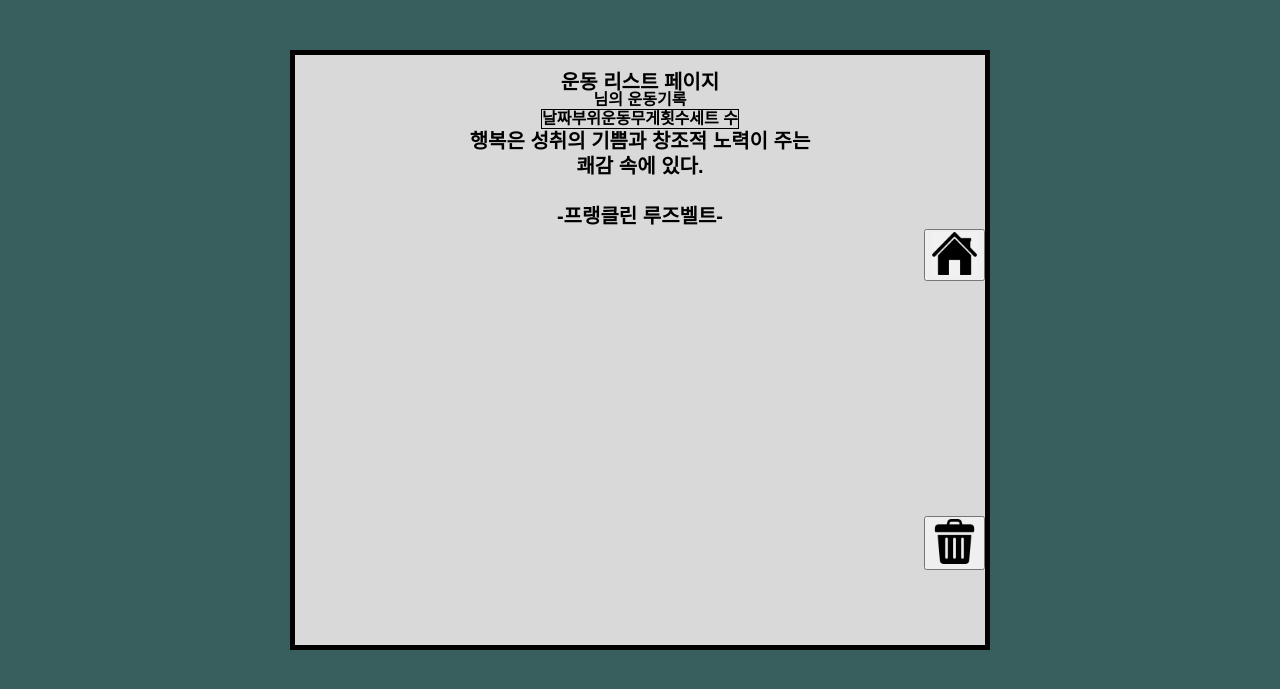
Repository: Up-Min/hrdkorea
Page: http://localhost/jsp_workout/wk_list.jsp
These files come from the project's save history. The page is drawn as it stood at one moment and after the next save; the edit follows.
The browser window is 1280 px wide. The pictures show the whole page.
The page is served by Tomcat 9. Other server files are loaded and not shown. The template is opened directly, without the code that normally fills it, so the values that code supplies are empty.

Above is the page before, as saved 2022-12-31 06:46:43.

### jsp_workout/src/main/webapp/wk_list.jsp
<%@ page language="java" contentType="text/html; charset=UTF-8"
	pageEncoding="UTF-8"%>
<%@ taglib prefix="c" uri="http://java.sun.com/jsp/jstl/core"%>
<%@ page import="java.util.*"%>
<%@ page import="DTO.*"%>


<!DOCTYPE html>
<html style = "background-color: #385E5D;">
<head>
<meta charset="UTF-8">
<title>Insert title here</title>
<link rel="stylesheet" href="./css/style.css" />
</head>
<style>
.body{
	width: 700px;
	height: 600px;
	margin: 0 auto;
	background-color: #D9D9D9;
	color: black;
	text-align: center;
	border : 5px solid black;
	position: relative;
}

.name{
	font-size: 20px;
}

table {
	border: 1px solid black;
	text-align: center;
	margin: 0 auto;
	padding : 3px;
}

table td{
	padding : 10px;
}

.change:hover{
	cursor: pointer;
}

.good{
	font-size: 20px;
	line-height: 25px;
}

.delete{
	position: absolute;
	right : 0;
	bottom: 75px;
}

.home{
	position: absolute;
	right : 0;

}

</style>


<body style = "background-color: #385E5D; margin-top : 50px;" >
<div class="body">
	<form action="delete" method="post">
		<input type="hidden" name="work_num" value="${work_num}">
		<input type="hidden" name="user_id" value="${user_id}">
		<input type="hidden" name="user_pwd" value="${user_pwd}">
		<br>
		<p class = "name">운동 리스트 페이지</p>
		<p>${user_id}님의 운동기록</p>

		<table>
			<tr>
				<th>날짜</th>
				<th>부위</th>
				<th>운동</th>
				<th>무게</th>
				<th>횟수</th>
				<th>세트 수</th>
			</tr>
			<c:forEach items="${list}" var="w" varStatus="status">
				<!-- jstl쓰면 굳이 request쓸 필요 없다. (Board board : boardList) -->
				<tr>
					<td>${w.wk_date}</td>
					<td>${w.wk_part}</td>
					<td>${w.ex_name}</td>
					<td>${w.ex_weight}kg</td>
					<td>${w.ex_reps}회</td>
					<td>${w.ex_sets}세트</td>
					<td style="color : #385C92" class="change"
						onclick="location.href = 'edit?user_id=${user_id}&user_pwd=${user_pwd}&user_num=${user_num}&wk_no=${w.wk_number}&ex_num=${w.ex_number}'">
					운동수정</td>
				</tr>

			</c:forEach>
		</table>

		<p class = "good">
			행복은 성취의 기쁨과 창조적 노력이 주는 <br> 쾌감 속에 있다. <br><br>
			<b> -프랭클린 루즈벨트- </b>
		</p>


		<button class = "delete" type="submit"> <img alt="삭제" src="./img/trash-can.png" width="45px"></button>
	</form>
		<button class = "home" onclick="location.href = 'signin?user_id=${user_id}&user_pwd=${user_pwd}'"> <img alt="home" src="./img/home.png" width="45px"> </button>
</div>

	<script type="text/javascript" src="./script.js"></script>
</body>


<%-- 	<table>
		<c:forEach items="${wklist0}" var="w" varStatus="status">
			<input type=hidden value="${w.wk_number}">
			<!-- jstl쓰면 굳이 request쓸 필요 없다. (Board board : boardList) -->
			<tr onclick = "location.href = 'wk_list.jsp?user_num=${num}&list_no=${w.wk_number}'">
				<td>${w.wk_date}</td>
				<td>${w.wk_number}</td>
				<td>${w.ex_number}</td>
				<td>${w.wk_part}</td>
				<td>${w.ex_name}</td>
				<td>${w.ex_weight}</td>
				<td>${w.ex_reps}</td>
				<td>${w.ex_sets}</td>
			</tr>
		</c:forEach>
	</table>

	<hr>
	<table>
		<c:forEach items="${wklist1}" var="w" varStatus="status">
			<input type=hidden value="${w.wk_number}">
			<!-- jstl쓰면 굳이 request쓸 필요 없다. (Board board : boardList) -->
			<tr>
				<td>${w.wk_date}</td>
				<td>${w.wk_number}</td>
				<td>${w.ex_number}</td>
				<td>${w.wk_part}</td>
				<td>${w.ex_name}</td>
				<td>${w.ex_weight}</td>
				<td>${w.ex_reps}</td>
				<td>${w.ex_sets}</td>
			</tr>
		</c:forEach>
	</table>
	<hr>
	<table>
		<c:forEach items="${wklist2}" var="w" varStatus="status">
			<input type=hidden value="${w.wk_number}">
			<!-- jstl쓰면 굳이 request쓸 필요 없다. (Board board : boardList) -->
			<tr>
				<td>${w.wk_date}</td>
				<td>${w.wk_number}</td>
				<td>${w.ex_number}</td>
				<td>${w.wk_part}</td>
				<td>${w.ex_name}</td>
				<td>${w.ex_weight}</td>
				<td>${w.ex_reps}</td>
				<td>${w.ex_sets}</td>
			</tr>
		</c:forEach>
	</table>
	<hr>
	<table>
		<c:forEach items="${wklist3}" var="w" varStatus="status">
			<input type=hidden value="${w.wk_number}">
			<!-- jstl쓰면 굳이 request쓸 필요 없다. (Board board : boardList) -->
			<tr>
				<td>${w.wk_date}</td>
				<td>${w.wk_number}</td>
				<td>${w.ex_number}</td>
				<td>${w.wk_part}</td>
				<td>${w.ex_name}</td>
				<td>${w.ex_weight}</td>
				<td>${w.ex_reps}</td>
				<td>${w.ex_sets}</td>
			</tr>
		</c:forEach>
	</table>
	<hr>
	<table>
		<c:forEach items="${wklist4}" var="w" varStatus="status">
			<input type=hidden value="${w.wk_number}">
			<!-- jstl쓰면 굳이 request쓸 필요 없다. (Board board : boardList) -->
			<tr>
				<td>${w.wk_date}</td>
				<td>${w.wk_number}</td>
				<td>${w.ex_number}</td>
				<td>${w.wk_part}</td>
				<td>${w.ex_name}</td>
				<td>${w.ex_weight}</td>
				<td>${w.ex_reps}</td>
				<td>${w.ex_sets}</td>
			</tr>
		</c:forEach>
	</table>
	<hr>
	<table>
		<c:forEach items="${wklist5}" var="w" varStatus="status">
			<input type=hidden value="${w.wk_number}">
			<!-- jstl쓰면 굳이 request쓸 필요 없다. (Board board : boardList) -->
			<tr>
				<td>${w.wk_date}</td>
				<td>${w.wk_number}</td>
				<td>${w.ex_number}</td>
				<td>${w.wk_part}</td>
				<td>${w.ex_name}</td>
				<td>${w.ex_weight}</td>
				<td>${w.ex_reps}</td>
				<td>${w.ex_sets}</td>
			</tr>
		</c:forEach>
	</table> --%>

</html>

### jsp_workout/src/main/webapp/css/style.css
@charset "UTF-8";
@import url('./reset.css');

* { box-sizing: border-box; }
.video-background {
  background: #000;
  position: fixed;
  top: 0; right: 0; bottom: 0; left: 0;
  z-index: -99;
}
.video-foreground,
.video-background iframe {
  position: absolute;
  top: 0;
  left: 0;
  width: 100%;
  height: 100%;
  pointer-events: none;
}
#vidtop-content {
    top: 0;
    color: #fff;
}
.vid-info { position: absolute; top: 0; right: 0; width: 33%; background: rgba(0,0,0,0.3); color: #fff; padding: 1rem; font-family: Avenir, Helvetica, sans-serif; }
.vid-info h1 { font-size: 2rem; font-weight: 700; margin-top: 0; line-height: 1.2; }
.vid-info a { display: block; color: #fff; text-decoration: none; background: rgba(0,0,0,0.5); transition: .6s background; border-bottom: none; margin: 1rem auto; text-align: center; }
@media all and (max-width: 600px) {
.vid-info { width: 50%; padding: .5rem; }
.vid-info h1 { margin-bottom: .2rem; }
}
@media all and (max-width: 500px) {
.vid-info .acronym { display: none; }
}

*,:after,:before{box-sizing:border-box}
.clearfix:after,.clearfix:before{content:'';display:table}
.clearfix:after{clear:both;display:block}
a{color:inherit;text-decoration:none}

.tab:hover{
	cursor: pointer;
}

.login-wrap{
  width:100%;
  margin:auto;
  max-width:525px;
  min-height:950px;
  position:relative;
  box-shadow:0 12px 15px 0 rgba(0,0,0,.24),0 17px 50px 0 rgba(0,0,0,.19);
}
.login-html{
  width:100%;
  height:100%;
  position:absolute;
  padding:90px 70px 50px 70px;
  background:rgba(40,57,101,.9);
}
.login-html .sign-in-htm,
.login-html .sign-up-htm{
  top:0;
  left:0;
  right:0;
  bottom:0;
  position:absolute;
  transform:rotateY(180deg);
  backface-visibility:hidden;
  transition:all .4s linear;
}
.login-html .sign-in,
.login-html .sign-up,
.login-form .group .check{
  display:none;
}
.login-html .tab,
.login-form .group .label,
.login-form .group .button{
  text-transform:uppercase;
}
.login-html .tab{
  font-size:22px;
  margin-right:15px;
  padding-bottom:5px;
  margin:0 15px 10px 0;
  display:inline-block;
  border-bottom:2px solid transparent;
}
.login-html .sign-in:checked + .tab,
.login-html .sign-up:checked + .tab{
  color:#fff;
  border-color:#1161ee;
}
.login-form{
  min-height:345px;
  position:relative;
  perspective:1000px;
  transform-style:preserve-3d;
}
.login-form .group{
  margin-bottom:15px;
}
.login-form .group .label,
.login-form .group .input,
.login-form .group .button{
  width:100%;
  color:#fff;
  display:block;
}
.login-form .group .input,
.login-form .group .button{
  border:none;
  padding:15px 20px;
  border-radius:25px;
  background:rgba(255,255,255,.1);
}
.login-form .group .button:hover{
	cursor: pointer;
}

.login-form .group input[data-type="password"]{
  text-security:circle;
  -webkit-text-security:circle;
}
.login-form .group .label{
  color:#aaa;
  font-size:12px;
}
.login-form .group .button{
  background:#1161ee;
}
.login-form .group label .icon{
  width:15px;
  height:15px;
  border-radius:2px;
  position:relative;
  display:inline-block;
  background:rgba(255,255,255,.1);
}
.login-form .group label .icon:before,
.login-form .group label .icon:after{
  content:'';
  width:10px;
  height:2px;
  background:#fff;
  position:absolute;
  transition:all .2s ease-in-out 0s;
}
.login-form .group label .icon:before{
  left:3px;
  width:5px;
  bottom:6px;
  transform:scale(0) rotate(0);
}
.login-form .group label .icon:after{
  top:6px;
  right:0;
  transform:scale(0) rotate(0);
}
.login-form .group .check:checked + label{
  color:#fff;
}
.login-form .group .check:checked + label .icon{
  background:#1161ee;
}
.login-form .group .check:checked + label .icon:before{
  transform:scale(1) rotate(45deg);
}
.login-form .group .check:checked + label .icon:after{
  transform:scale(1) rotate(-45deg);
}
.login-html .sign-in:checked + .tab + .sign-up + .tab + .login-form .sign-in-htm{
  transform:rotate(0);
}
.login-html .sign-up:checked + .tab + .login-form .sign-up-htm{
  transform:rotate(0);
}

body{
  margin:0;
  color:#6a6f8c;
  background:#c8c8c8;
  font:600 16px/18px 'Open Sans',sans-serif;
}

.all{
	top : 100px;
	width: 800px;

}

ul{
	list-style: none;
}

tr:hover{
	cursor: pointer;
}

.hr{
  height:2px;
  margin:60px 0 50px 0;
  background:rgba(255,255,255,.2);
}
.foot-lnk{
  text-align:center;
}

### jsp_workout/src/main/webapp/script.js

function signup() {
	let regex = new RegExp('[a-z0-9]+@[a-z]+\.[a-z]{2,3}');
	var f = document.signup_form;
	var p = f.user_pwd.value;
	var p1 = f.user_pwd1.value;
	var i = f.user_id.value;
	var e = f.user_email.value;

	if (i == '') {
		alert("아이디를 입력해 주십시오.");
		i.focus();
		return false;
	}
	if (p == '') {
		alert("비밀번호를 입력해 주십시오.");
		p.focus();
		return false;
	}
	if (p1 == '') {
		alert("비밀번호 확인을 입력해 주십시오.");
		p1.focus();
		return false;
	}
	if (e == '') {
		alert("이메일 주소를 입력해 주십시오.");
		e.focus();
		return false;
	}

	if (p != p1) {
		alert("비밀번호가 일치하지 않습니다. 다시 확인해주세요.");
		p.focus();
		return false;
	} else if (regex.test(e) == false) {
		alert("올바른 이메일 형식이 아닙니다. 다시 확인해주세요.");
		e.focus();
		return false;
	} else {
		alert("회원가입이 완료 되었습니다.");
		f.submit();
	}
}

/*function pwdchk(){
	var f = document.signup_form;
	var p = f.user_pwd.value;
	var p1 = f.user_pwd1.value;



	if(p != p1){
		alert("비밀번호가 일치하지 않습니다. 다시 확인해주세요.")
	}else if(p = p1){
		alert("비밀번호가 일치합니다!")
	}
}*/

function chkpwd2() {
	var f = document.signup_form;
	var p = f.user_pwd.value;
	var p1 = f.user_pwd1.value;
	var r1 = document.getElementById("label_pwd1");
	var r2 = document.getElementById("label_pwd2");

	r1.style.display = 'none';
	r2.style.display = 'none';

	if (p != p1) {
		r1.style.display = 'none';
		r2.style.display = 'block';
	} else if (p == p1) {
		r1.style.display = 'block';
		r2.style.display = 'none';
	}
}

function chkEmail() {
	let regex = new RegExp('[a-z0-9]+@[a-z]+\.[a-z]{2,3}');
	var f = document.signup_form;
	var e = f.user_email.value;
	var e2 = document.getElementById("label_email");
	var e3 = document.getElementById("label_email1");

	e2.style.display = 'none';
	e3.style.display = 'none';

	if (regex.test(e) == false) {
		e2.style.display = 'block';
	}else if (regex.test(e) == true){
		e2.style.display = 'none';
		e3.style.display = 'block';
	}
}


function insert() {
	alert("운동 기록이 완료 되었습니다.");
	submit();
}

function chk_delete() {
	const result = confirm("정말 삭제하시겠습니까?");
	if (result) {
		alert("삭제가 완료 되었습니다.");
		submit();
	}
	return false;
}

function chk_cancel(user_id, user_pwd) {
	var result = confirm("하시던 운동을 취소하시겠습니까?");
	if (result) {
		alert("초기 화면으로 돌아갑니다.");
		location.href = "/jsp_workout/signin?user_id=" + user_id + "&user_pwd=" + user_pwd;
	} else {
		return false;
	}
}

function update() {
	var f = document.editForm;
	var n = f.ex_name.value;
	var w = f.ex_weight.value;
	var r = f.ex_reps.value;
	var s = f.ex_sets.value;

	if (n == '') {
		alert("수정할 운동 이름을 입력해 주십시오.");
		n.focus();
		return false;
	}
	if (w == '') {
		alert("수정할 운동 무게를 입력해 주십시오.");
		w.focus();
		return false;
	}
	if (r == '') {
		alert("수정할 운동 횟수를 입력해 주십시오.");
		r.focus();
		return false;
	}
	if (s == '') {
		alert("수정할 운동 세트를 입력해 주십시오.");
		s.focus();
		return false;
	}

	alert("수정이 완료 되었습니다.");
	submit();
}


function logout() {
	alert("로그아웃이 완료 되었습니다!");
	location.href = "/jsp_workout/";
}

### jsp_workout/src/main/webapp/css/reset.css
/* 홈페이지 초기화 reset.css */

/* http://meyerweb.com/eric/tools/css/reset/
   v2.0 | 20110126
   License: none (public domain)
*/

html, body, div, span, applet, object, iframe,
h1, h2, h3, h4, h5, h6, p, blockquote, pre,
a, abbr, acronym, address, big, cite, code,
del, dfn, em, img, ins, kbd, q, s, samp,
small, strike, strong, sub, sup, tt, var,
b, u, i, center,
dl, dt, dd, ol, ul, li,
fieldset, form, label, legend,
table, caption, tbody, tfoot, thead, tr, th, td,
article, aside, canvas, details, embed,
figure, figcaption, footer, header, hgroup,
menu, nav, output, ruby, section, summary,
time, mark, audio, video {
	margin: 0;
	padding: 0;
	border: 0;
	font-size: 100%;
	font: inherit;
	vertical-align: baseline;
	font-family: 'Jua', sans-serif;
}
/* HTML5 display-role reset for older browsers */
article, aside, details, figcaption, figure,
footer, header, hgroup, menu, nav, section {
	display: block;
}
body {
	line-height: 1;
}
ol, ul {
	list-style: none;
}
blockquote, q {
	quotes: none;
}
blockquote:before, blockquote:after,
q:before, q:after {
	content: '';
	content: none;
}
table {
	border-collapse: collapse;
	border-spacing: 0;
}

/* 추가 */

a { text-decoration: none !important;
	color: black;
}

header, footer, section {
	box-sizing:border-box;
}

iframe { /* 영상때문에 쓰임. 영상 크기 맞춰둠. */
	width: 100%;
}

After the next save:
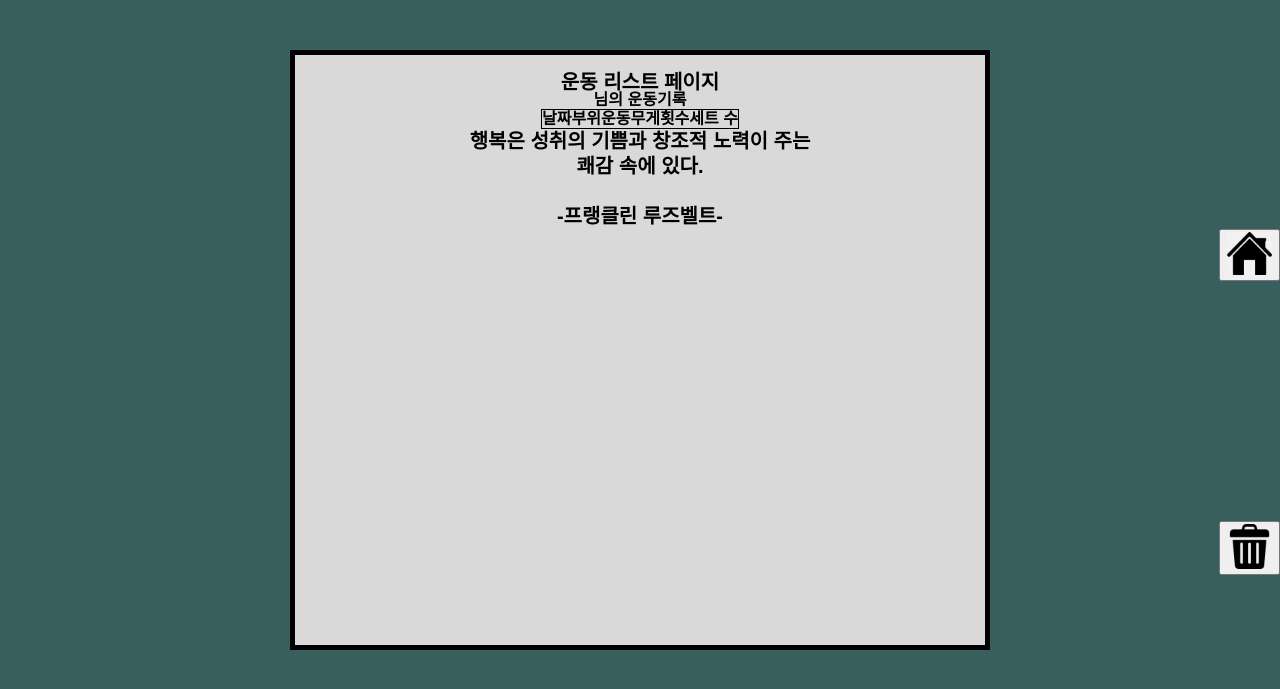
Saved 36 s later.
--- a/jsp_workout/src/main/webapp/wk_list.jsp
+++ b/jsp_workout/src/main/webapp/wk_list.jsp
@@ -21,7 +21,6 @@
 	color: black;
 	text-align: center;
 	border : 5px solid black;
-	position: relative;
 }
 
 .name{
@@ -63,7 +62,7 @@ table td{
 </style>
 
 
-<body style = "background-color: #385E5D; margin-top : 50px;" >
+<body style = "background-color: #385E5D; margin-top : 50px; position: relative;" >
 <div class="body">
 	<form action="delete" method="post">
 		<input type="hidden" name="work_num" value="${work_num}">
